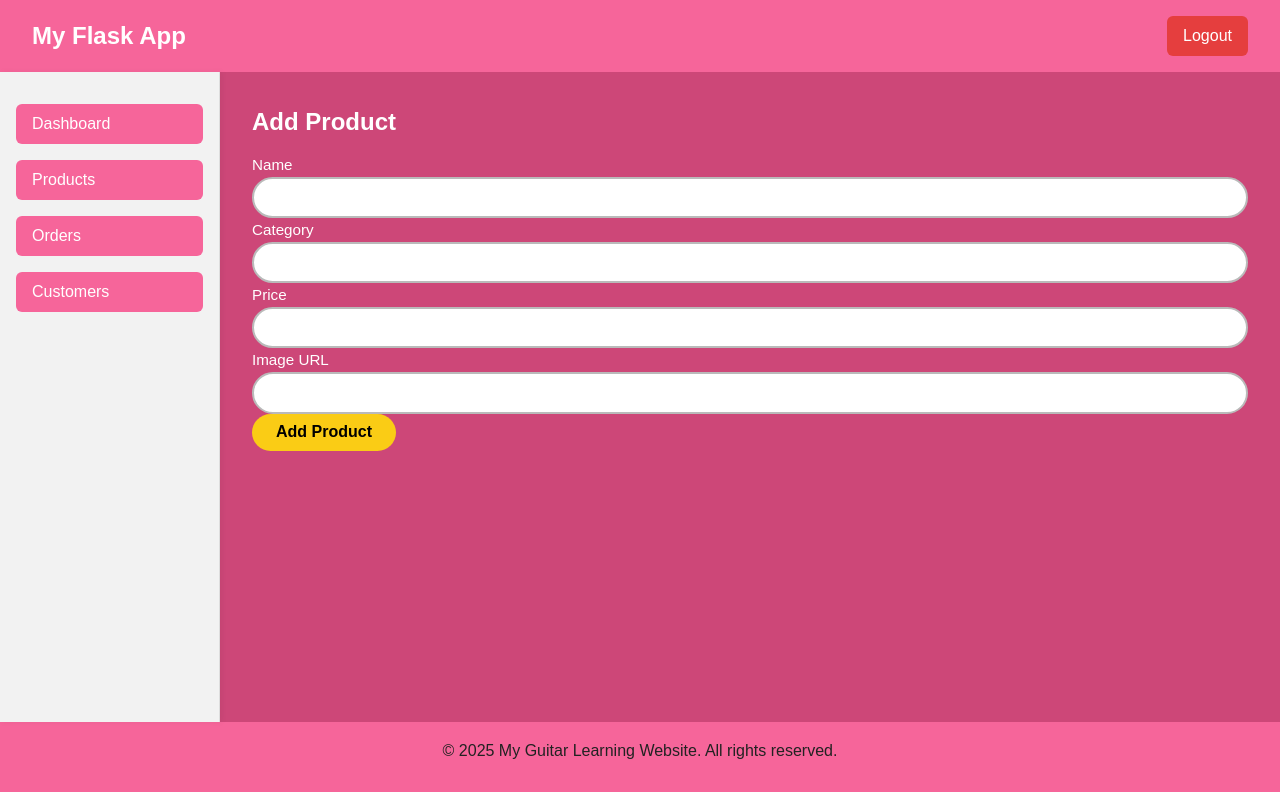
Repository: rywkoo/LearnGuitar
Page: templates/admin/addproduct.html
An editor plug-in stored every save of this project. The page is shown before and after the next save, followed by the edit.
The browser window is 1280 px wide. The pictures show the whole page.
The page is served by the project's application, run on Flask 3 (app.py). The template is opened directly, without the code that normally fills it, so the values that code supplies are empty.

Above is the page before, as saved 2025-08-25 19:55:49.

After the next save:
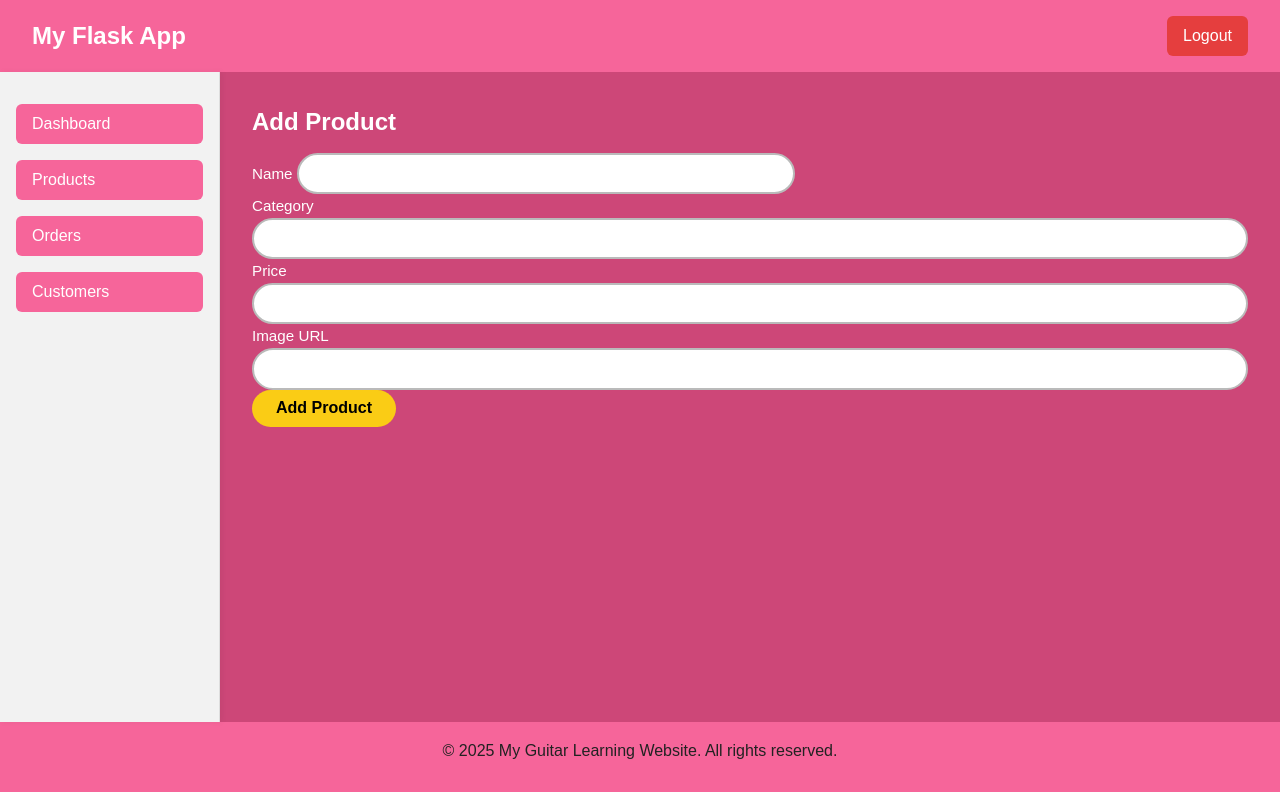
Saved 18 s later.
--- a/templates/admin/addproduct.html
+++ b/templates/admin/addproduct.html
@@ -8,7 +8,7 @@
     <form method="POST">
         <div class="mb-3">
             <label style="color: white;">Name</label>
-            <input class="input" type="text" name="name" class="form-control" required>
+            <input class="input" style="width: 50%;" type="text" name="name" class="form-control" required>
         </div>
         <div class="mb-3">
             <label style="color: white;" >Category</label>
